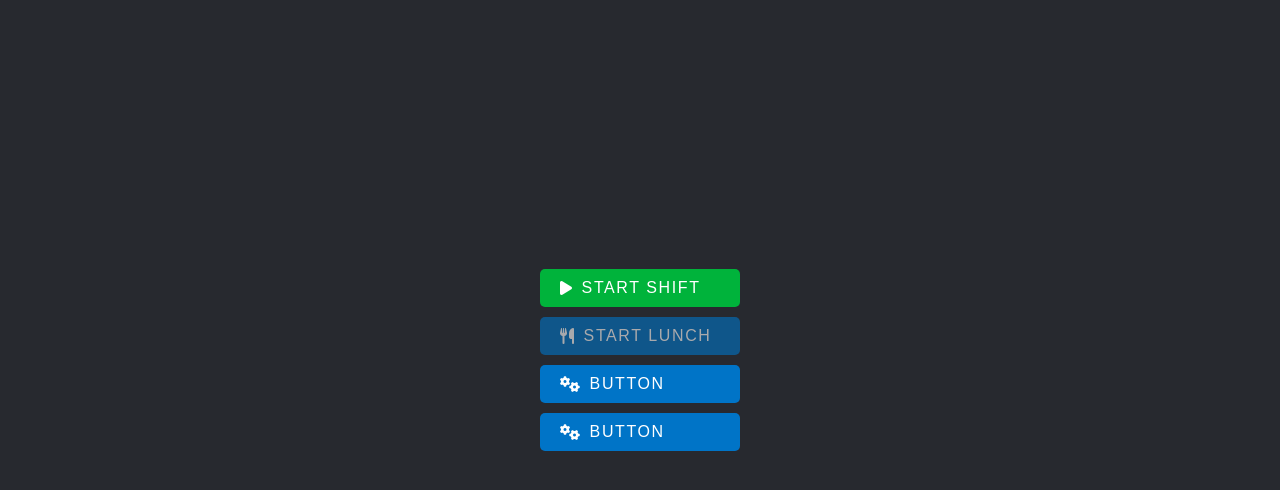
Repository: Philip-Rogers/button-state
Page: index.html
An editor plug-in stored every save of this project. The page is shown before and after the next save, followed by the edit.
The browser window is 1280 px wide. The pictures show the whole page.

Above is the page before, as saved 2024-08-14 23:19:32.

### index.html
<!DOCTYPE html>
<html lang="en">

<head>
    <meta charset="UTF-8">
    <meta name="viewport" content="width=device-width, initial-scale=1.0">
    <title>Shift and Lunch Toggle Buttons</title>
    <link rel="stylesheet" href="index.css">
    <link rel="stylesheet" href="https://cdnjs.cloudflare.com/ajax/libs/font-awesome/6.5.1/css/all.min.css"
        integrity="sha512-DTOQO9RWCH3ppGqcWaEA1BIZOC6xxalwEsw9c2QQeAIftl+Vegovlnee1c9QX4TctnWMn13TZye+giMm8e2LwA=="
        crossorigin="anonymous" referrerpolicy="no-referrer" />
</head>

<body>

    <!-- Container to hold all buttons -->
    <div class="button-container">
        <!-- Shift Button -->
        <button id="shiftButton" class="toggle-button" onclick="toggleShift()">
            <i class="fa fa-play"></i> Start Shift
        </button>

        <!-- Lunch Button -->
        <button id="lunchButton" class="toggle-button" onclick="toggleLunch()" disabled>
            <i class="fa fa-utensils"></i> Start Lunch
        </button>

        <!-- Placeholder Button 1 -->
        <button id="placeholderButton1" class="toggle-button">
            <i class="fa fa-cogs"></i> Button
        </button>

        <!-- Placeholder Button 2 -->
        <button id="placeholderButton2" class="toggle-button">
            <i class="fa fa-cogs"></i> Button
        </button>
    </div>

    <script>
        let shiftState = 'start'; // Tracks the state of the Shift button
        let lunchState = 'start'; // Tracks the state of the Lunch button

        // Function to toggle the Shift button text and color
        function toggleShift() {
            const shiftButton = document.getElementById('shiftButton');
            const lunchButton = document.getElementById('lunchButton');

            if (shiftState === 'start') {
                shiftButton.innerHTML = '<i class="fa fa-stop"></i> Stop Shift';
                shiftButton.style.backgroundColor = 'hsl(354, 70%, 54%)'; // Red for Stop Shift
                shiftState = 'stop';
                lunchButton.disabled = false; // Enable the Lunch button when Shift is started
                lunchButton.style.backgroundColor = 'hsl(140, 100%, 35%)'; // Change background color to green
            } else {
                // Revert all buttons to their default state
                shiftButton.innerHTML = '<i class="fa fa-play"></i> Start Shift';
                shiftButton.style.backgroundColor = 'hsl(140, 100%, 35%)'; // Green for Start Shift
                shiftState = 'start';
                lunchButton.disabled = true; // Disable the Lunch button when Shift is stopped
                lunchButton.innerHTML = '<i class="fa fa-utensils"></i> Start Lunch'; // Reset Lunch button text
                lunchButton.style.backgroundColor = 'hsl(205, 100%, 39%)'; // Reset Lunch button color
                lunchState = 'start'; // Reset Lunch button state
            }
        }

        // Function to toggle the Lunch button text and color
        function toggleLunch() {
            const shiftButton = document.getElementById('shiftButton');
            const lunchButton = document.getElementById('lunchButton');

            if (lunchState === 'start') {
                lunchButton.innerHTML = '<i class="fa fa-stop"></i> Stop Lunch';
                lunchButton.style.backgroundColor = 'hsl(354, 70%, 54%)'; // Red for Stop Lunch

                if (shiftState === 'stop') {
                    shiftButton.style.backgroundColor =
                        'hsl(354, 70%, 44%)'; // Darkened red for Stop Shift when disabled
                    shiftButton.disabled = true; // Disable the Stop Shift button
                }

                lunchState = 'stop';
            } else {
                lunchButton.innerHTML = '<i class="fa fa-utensils"></i> Start Lunch';
                lunchButton.style.backgroundColor = 'hsl(205, 100%, 39%)'; // Blue background for Stop Lunch
                lunchButton.disabled = true; // Disable the Stop Lunch button

                if (shiftState === 'stop') {
                    shiftButton.style.backgroundColor = 'hsl(354, 70%, 54%)'; // Restore the red color for Stop Shift
                    shiftButton.disabled = false; // Re-enable the Stop Shift button
                }

                lunchState = 'start';
            }
        }
    </script>

</body>

</html>

### index.css
@font-face {
    font-family: "Waltograph";
    src: url(../fonts/waltograph42.otf) format("opentype");
}

@font-face {
    font-family: "Charlemagne";
    src: url(../fonts/CharlemagneStd-Bold.otf) format("opentype");
}

@font-face {
    font-family: "Brandon Grotesque";
    src: url(../fonts/brandon-grotesque-light-58a8a4b38001d.otf) format("opentype");
}

body {
    font-family: "Brandon Grotesque";
    background-color: hsl(225, 9%, 17%);
    margin: 0;
    display: flex;
    justify-content: center;
    align-items: center;
    height: 100vh;
    overflow: hidden;
    /* Prevent scrolling */
}

button {
    font-size: 1.25em;
    display: block;
    border-radius: 5px;
    background-color: hsl(140, 100%, 35%);
    color: hsl(354, 70%, 100%);
    padding: 1em 1.25em;
    width: 300px;
    cursor: pointer;
    border: none;
    text-transform: uppercase;
    letter-spacing: 0.1em;
    transition: all .2s ease-in-out;
}

#shiftButton i {
    margin-right: 8px;
}

#shiftButton.stopShift {
    background-color: hsl(354, 70%, 54%);
}

.button-container {
    display: flex;
    flex-direction: column;
    align-items: center;
    justify-content: center;
    gap: 10px;
    /* Ensure the container takes up full viewport height */
    height: 100%;
}

.toggle-button {
    color: hsl(354, 70%, 100%);
    background-color: hsl(140, 100%, 35%);
    border: none;
    padding: 10px 20px;
    font-size: 16px;
    cursor: pointer;
    display: flex;
    align-items: center;
    width: 200px;
}

#lunchButton,
#placeholderButton1,
#placeholderButton2 {
    background-color: hsl(205, 100%, 39%);
}

.toggle-button i {
    margin-right: 8px;
}

.toggle-button:disabled {
    cursor: not-allowed;
    opacity: 0.6;
}


/* Media Queries for Responsive Design */
@media (max-width: 768px) {
    button {
        font-size: 1.8375em;
        /* 45% larger (40% + 5%) */
        width: 441px;
        /* 45% larger */
        padding: 1.47em 1.8375em;
        /* 45% larger */
    }

    .toggle-button {
        font-size: 23.52px;
        /* 45% larger */
        width: 294px;
        /* 45% larger */
        padding: 14.7px 29.4px;
        /* 45% larger */
    }

    .button-container {
        align-items: center;
        /* padding-bottom: 25%; */
        /* Increased to 20% bottom padding */
    }
}

@media (max-width: 480px) {
    button {
        font-size: 1.8375em;
        /* 45% larger (40% + 5%) */
        width: 294px;
        /* 45% larger */
        padding: 0.735em 1.1025em;
        /* 45% larger */
    }

    .toggle-button {
        font-size: 17.64px;
        /* 45% larger */
        width: 220.5px;
        /* 45% larger */
        padding: 8.82px 17.64px;
        /* 45% larger */
    }

    .button-container {
        gap: 8px;
        align-items: center;
        /* padding-bottom: 25%; */
        /* Increased to 20% bottom padding */
    }
}

After the next save:
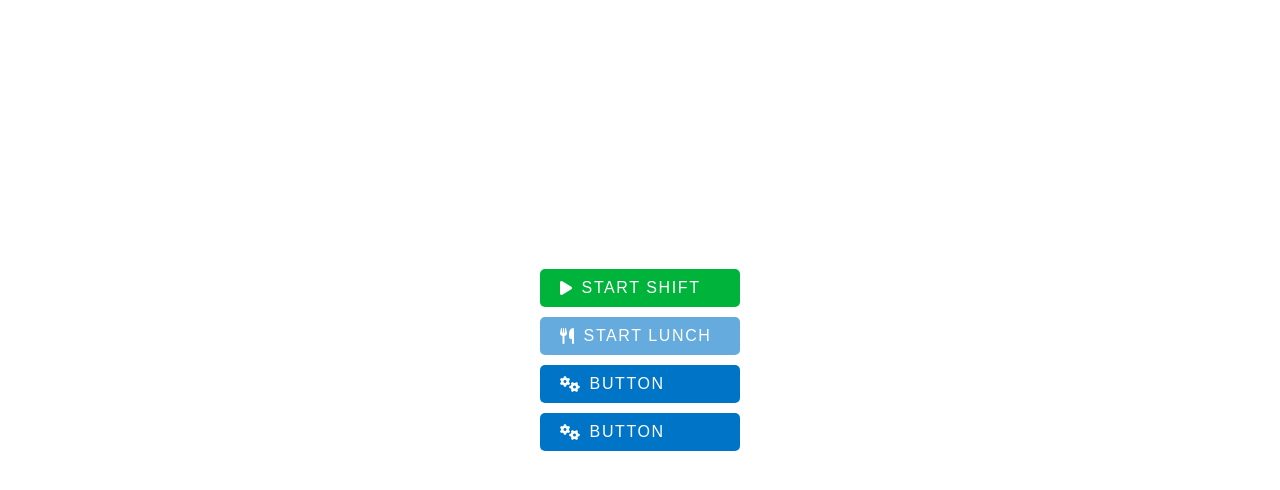
Saved 68 min 4 s later.
--- a/index.css
+++ b/index.css
@@ -15,7 +15,7 @@
 
 body {
     font-family: "Brandon Grotesque";
-    background-color: hsl(225, 9%, 17%);
+    background-color: 'hsl(205, 100%, 39%)';
     margin: 0;
     display: flex;
     justify-content: center;
